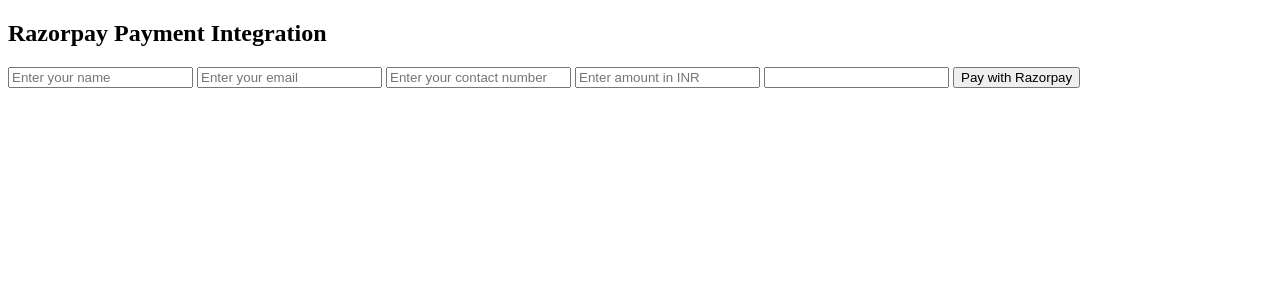
Repository: SharonSebastian32/razorpaypaymentgateway_implementation
Page: checkout.html
The author's editor kept a copy of each file at every save. The page is drawn from the files as they stood at one save, then again after the next save.
The browser window is 1280 px wide. The pictures show the whole page.

Above is the page before, as saved 2024-08-08 18:53:31.

After the next save:
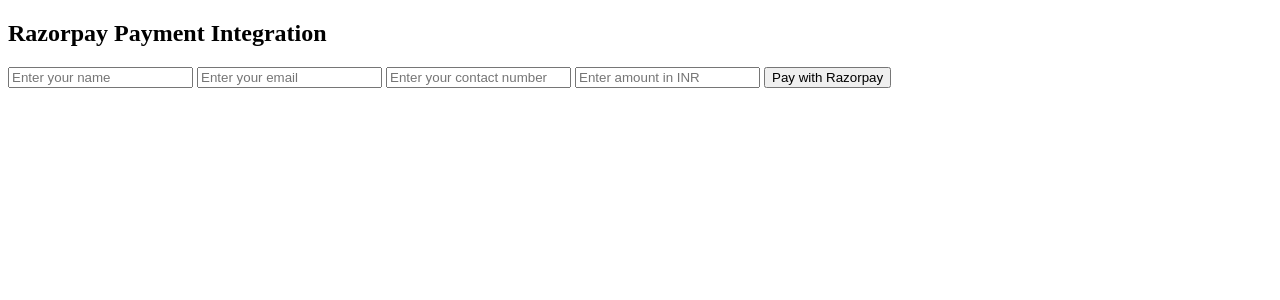
Saved 19 s later.
--- a/checkout.html
+++ b/checkout.html
@@ -22,8 +22,7 @@
         placeholder="Enter amount in INR"
         required
       />
-    <input type="" name="" id="">
-      <button id="rzp-button1" type="submit">Pay with Razorpay</button>
+       <button id="rzp-button1" type="submit">Pay with Razorpay</button>
     </form>
     <script src="./paymentGateway.js"></script>
     <!-- Razorpay Script -->
